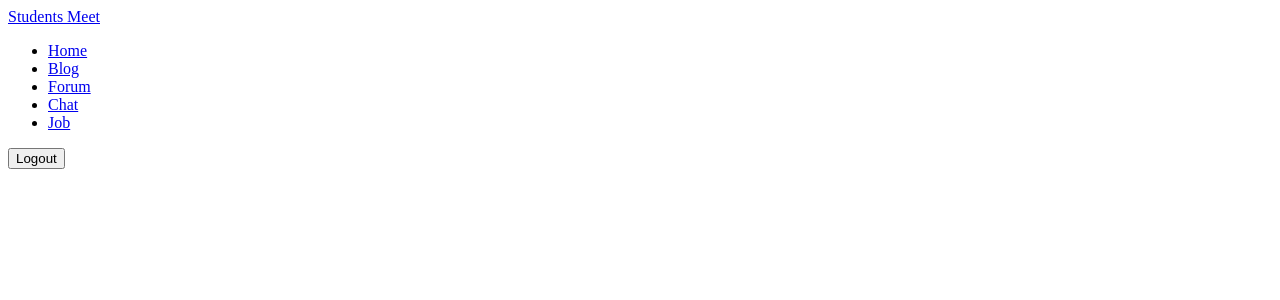
Repository: JamesArul/CLBSiteSTMT
Page: StudentsMeetFrontEnd/WebContent/Headers/UserHeader.html
An editor plug-in stored every save of this project. The page is shown before and after the next save, followed by the edit.
The browser window is 1280 px wide. The pictures show the whole page.

Above is the page before, as saved 2017-05-31 16:25:57.

### StudentsMeetFrontEnd/WebContent/Headers/UserHeader.html
<div ng-controller="UserController as ctrl">
<nav class="navbar navbar-default">
<div class="container-fluid">
  <div class="navbar-header">
     <a class="navbar-brand" href="#">Students Meet</a>
  </div>
  <ul class="nav navbar-nav">
      <li class="active"><a href="#!/goUserHome">Home</a></li>
      <li><a href="#!/goRegister">Blog</a></li>
      <li><a href="#!/goLogin">Forum</a></li>
      <li><a href="#!/goLogin">Chat</a></li>
      <li><a href="#!/goLogin">Job</a></li>
   </ul>
    <button class="btn btn-danger navbar-btn" ng-click="ctrl.logout()">Logout</button>
</div>
</nav>
</div>

After the next save:
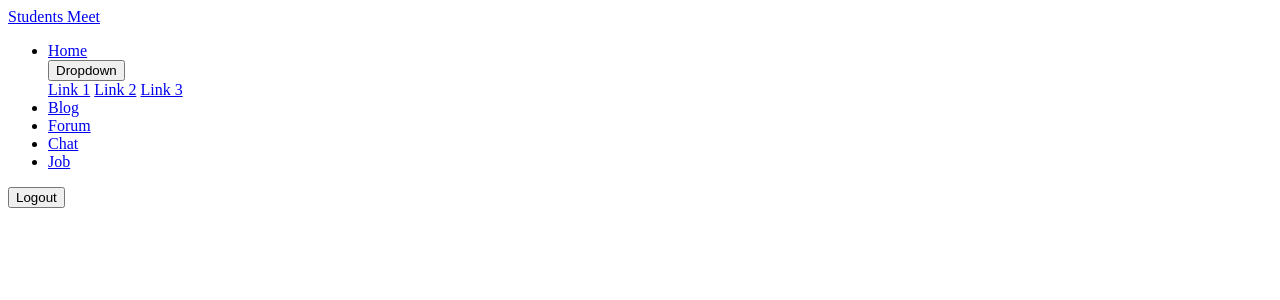
Saved 62 min 35 s later.
--- a/StudentsMeetFrontEnd/WebContent/Headers/UserHeader.html
+++ b/StudentsMeetFrontEnd/WebContent/Headers/UserHeader.html
@@ -6,6 +6,14 @@
   </div>
   <ul class="nav navbar-nav">
       <li class="active"><a href="#!/goUserHome">Home</a></li>
+      <div class="dropdown">
+      <button class="dropbtn">Dropdown</button>
+    	<div class="dropdown-content">
+      	 <a href="#">Link 1</a>
+      	 <a href="#">Link 2</a>
+     	 <a href="#">Link 3</a>
+    	</div>
+      </div>
       <li><a href="#!/goRegister">Blog</a></li>
       <li><a href="#!/goLogin">Forum</a></li>
       <li><a href="#!/goLogin">Chat</a></li>
